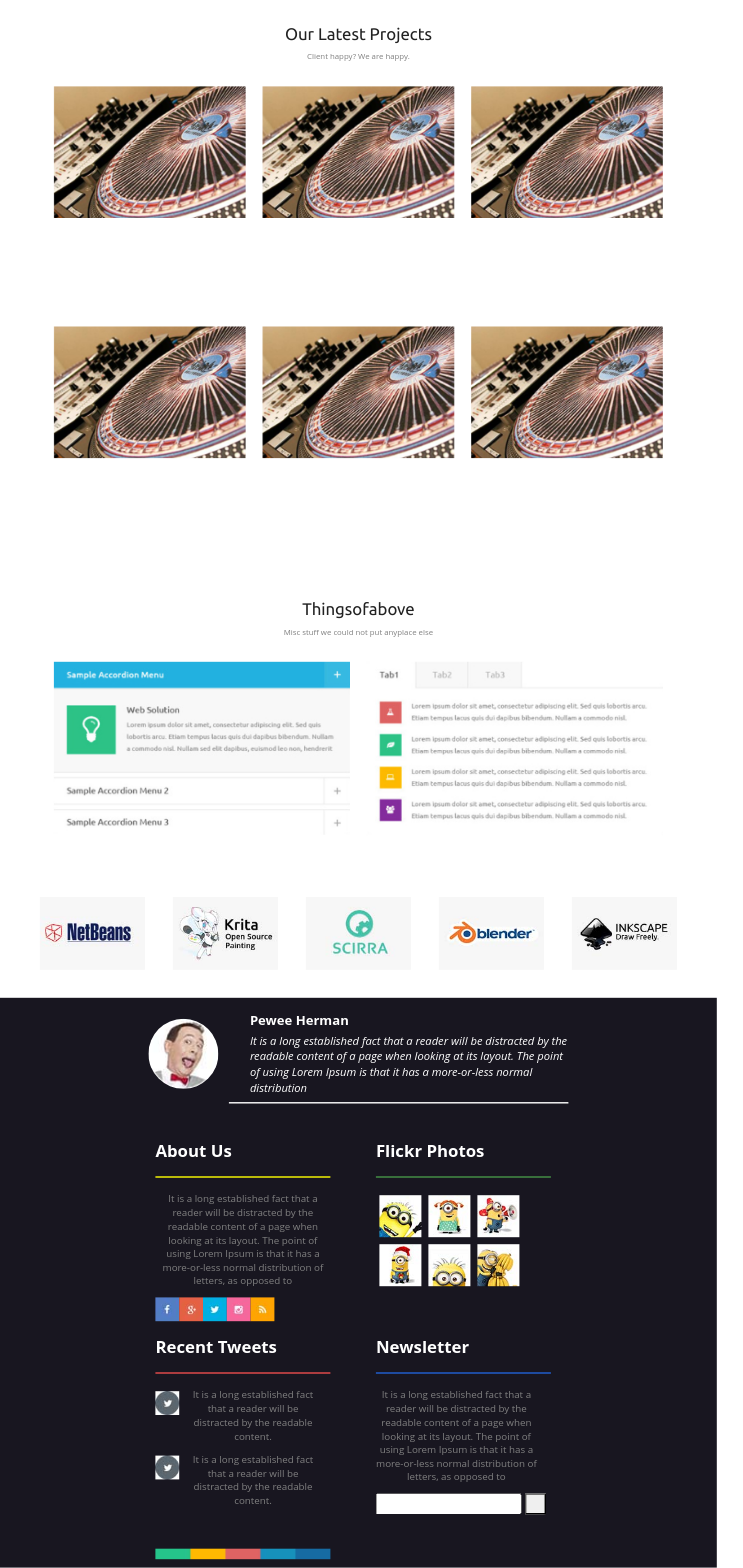
Repository: RenataDzotova/Metrolics-Renata-Beyonce
Page: index.html
These files come from the project's save history. The page is drawn as it stood at one moment and after the next save; the edit follows.
The browser window is 1024 px wide. The page is 1062 px wide, so the pictures cover 1062 px, including what lies to the right of the window. The pictures show the part of the page from y = 1748 to 3988 px (the page is 3988 px tall before and 3968 px after), at 70% of full size.
Some web fonts or font styles are not loaded; a fallback is used.

Above is the page before, as saved 2022-02-02 18:13:20.

After the next save:
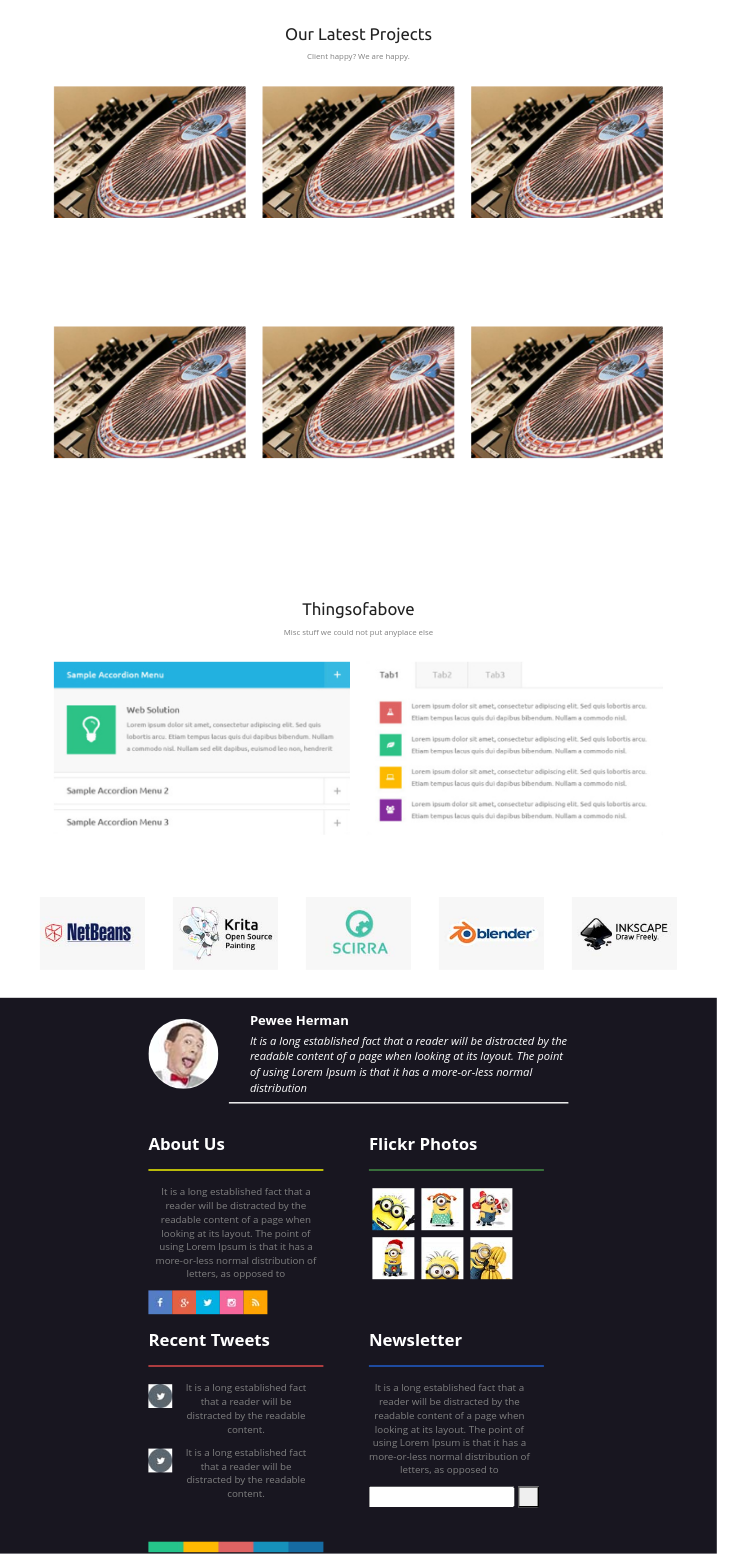
Saved 23 s later.
--- a/css/renata.css
+++ b/css/renata.css
@@ -378,12 +378,10 @@
     .footerBlack_content{
         width: 600px;
         height: fit-content;
-        padding-bottom: 0;
     }
 
     .footer-black{
         height: fit-content;
-        padding-bottom: 0;
     }
 
     .PeweeHerman{
@@ -396,7 +394,7 @@
         grid-template-rows: 150px 150px;
         width: 600px;
         grid-gap: 130px 10px;
-        padding: 10px;
+        padding: 10 10 0 10px;
     }
 
     .blockOne p{
